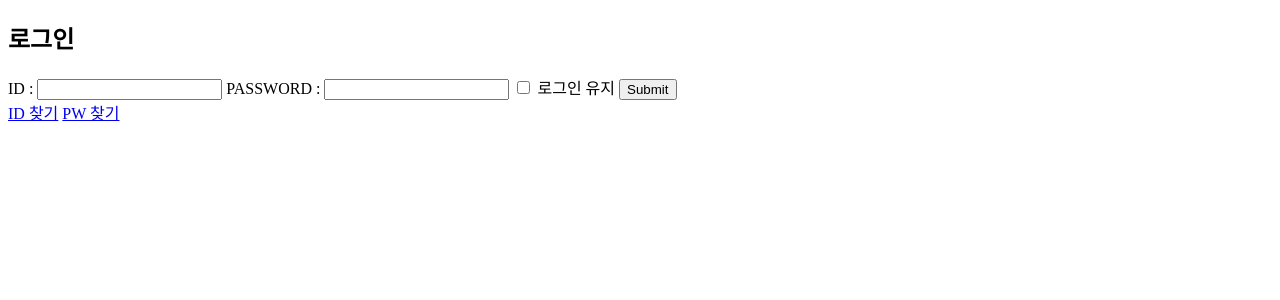
Repository: sanghun-kim-06/SayThat
Page: http://localhost/saythat/signIn
The author's editor kept a copy of each file at every save. The page is drawn from the files as they stood at one save, then again after the next save.
The browser window is 1280 px wide. The pictures show the whole page.
The page is served by Tomcat 9.

Above is the page before, as saved 2024-04-03 08:14:55.

After the next save:
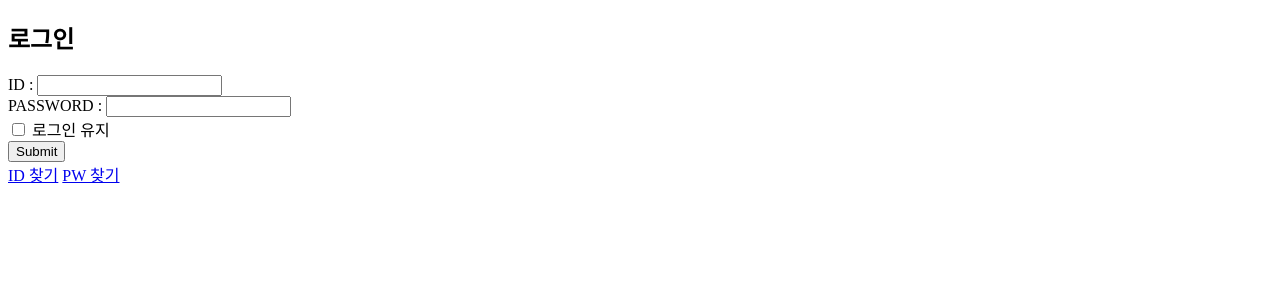
Saved 3 min 1 s later.
--- a/saythat/src/main/webapp/WEB-INF/view/signIn.jsp
+++ b/saythat/src/main/webapp/WEB-INF/view/signIn.jsp
@@ -10,11 +10,11 @@
 <h2>로그인</h2>
 <form action="/signIn" method="post" name="frm">
 <label id="label1">ID : </label>
-<input type="text" id="id" name="id">
+<input type="text" id="id" name="id"><br>
 <label>PASSWORD : </label>
-<input type="password" id="password" name="password">
+<input type="password" id="password" name="password"><br>
 <input type="checkbox" id="login_keep" name="login_keep">
-<label>로그인 유지</label>
+<label>로그인 유지</label><br>
 <input type="submit" onclick="return check()">
 </form>
 <a href="/findId">ID 찾기</a>
